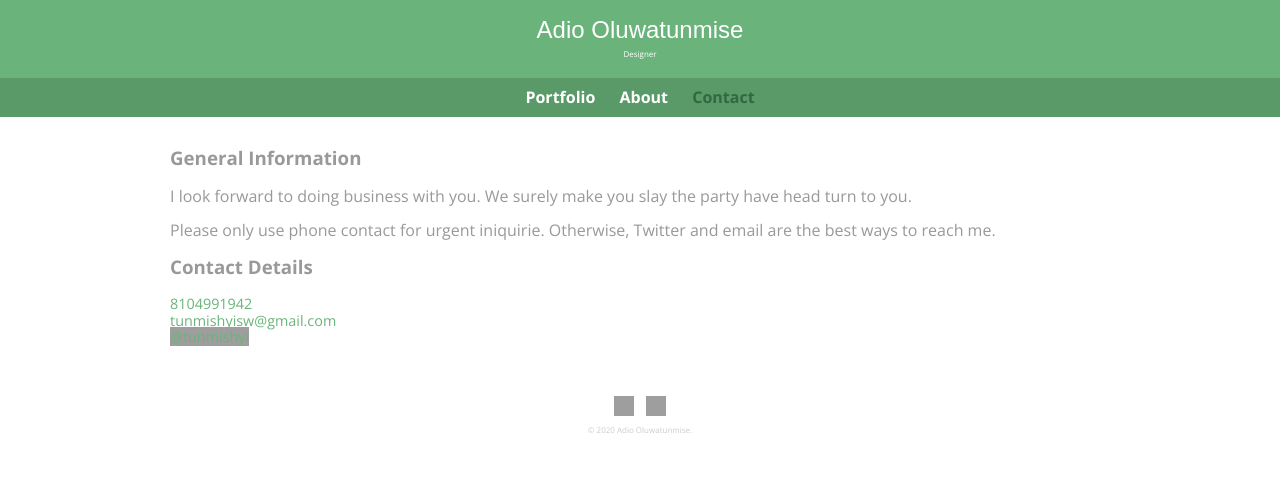
Repository: tunmishyi/fabsdesign
Page: contact.html
These files come from the project's save history. The page is drawn as it stood at one moment and after the next save; the edit follows.
The browser window is 1280 px wide. The pictures show the whole page.
Pictures or frames that could not be fetched are drawn as grey boxes. Some web fonts or font styles are not loaded; a fallback is used.

Above is the page before, as saved 2020-05-26 19:19:31.
Not found: css/..7/home/peterolayinka/Downloads/img/mail.png
Not found: home/peterolayinka/Downloads/img/phone.png

After the next save:
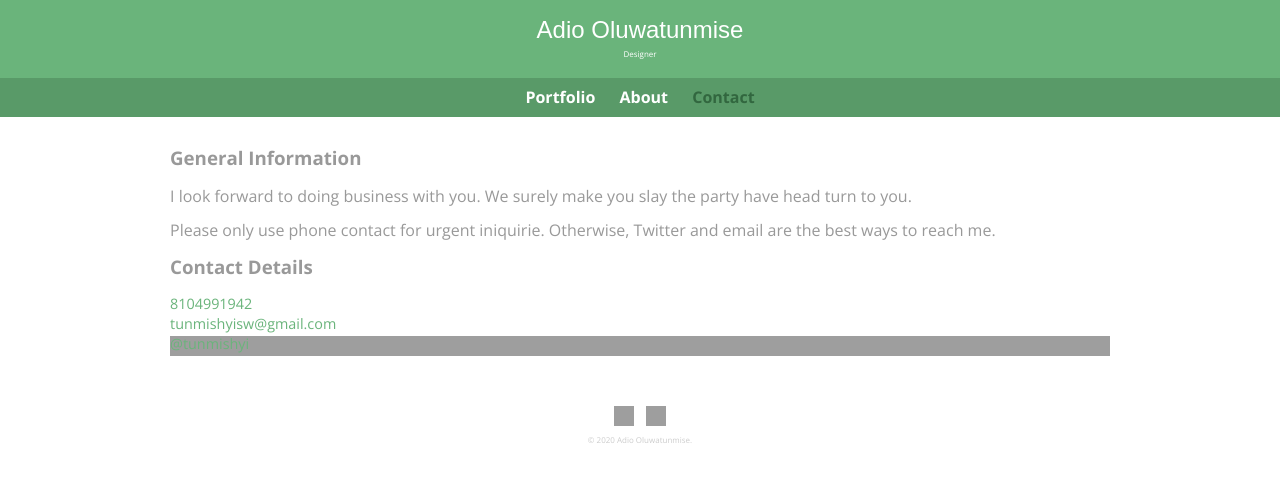
Saved 107 s later.
--- a/main.css
+++ b/main.css
@@ -152,6 +152,12 @@ PAGE: CONTACT
     font-size: 0.9em;
 }
 
+.contact-info a {
+    display: block;
+    min-height: 20px;
+    backgr
+}
+
 .contact-info li.phone a {
     background-image: url('../home/peterolayinka/Downloads/img/phone.png');
 }
